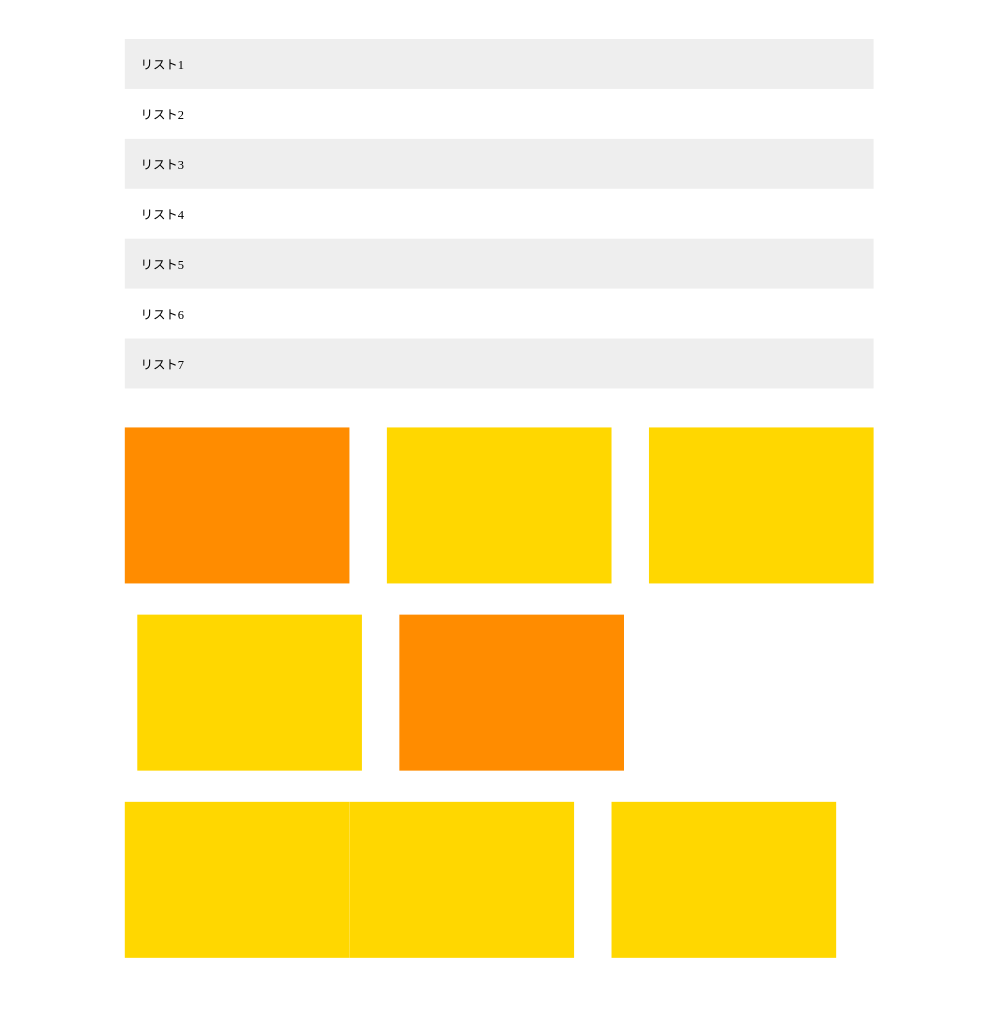
Repository: ayakodesu/html-practice
Page: chapter8_exercise/chapter8.html
The author's editor kept a record of every edit. The page is drawn from the files as they stood at one moment, then again after the next edit.
The browser window is 1280 px wide. The pictures show the whole page, at 78% of full size.

Above is the page before.

### chapter8_exercise/chapter8.html
<!DOCTYPE html>
<html lang="ja">
  <head>
    <meta charset="UTF-8" />
    <title>8章演習</title>
    <link rel="stylesheet" href="chapter8.css" />
  </head>
  <body>
    <main>
      <ul class="item-list">

        <li class="item">リスト1</li>


        <li class="item">リスト2</li>


        <li class="item">リスト3</li>


        <li class="item">リスト4</li>


        <li class="item">リスト5</li>


        <li class="item">リスト6</li>


        <li class="item">リスト7</li>

      </ul>


      <div class="box-list">
        <div class="box"></div>


        <div class="box"></div>


        <div class="box"></div>


        <div class="box"></div>


        <div class="box"></div>


        <div class="box"></div>


        <div class="box"></div>


        <div class="box"></div>

       <div class="box-list">
        <div class="box">


      </div>
    </main>
  </body>
</html>

### chapter8_exercise/chapter8.css
* {
  margin: 0;
  padding: 0;
  box-sizing: border-box;
}

main {
  width: 960px;
  margin: 50px auto;
}

.item-list {
  margin-bottom: 50px;
 list-style: none;

}

.item {
  padding: 20px;
  list-style: none;
}





.item:nth-child(odd) {
    background-color: #eee;
}

.box-list {
  display: flex;
  flex-wrap: wrap;
}

.box {
  background-color: #ffd700;
  width: 30%;
  height: 200px;
  margin-right: 5%;
  margin-bottom: 40px;
}

.box:first-child,
.box:nth-child(5),
.box:last-child {
  background-color: #ff8c00;
}

.box:nth-child(3n) {
  margin-right: 0;
}

.box:nth-last-child(-n + 3) {
  margin-bottom: 0;
}

After the next edit:
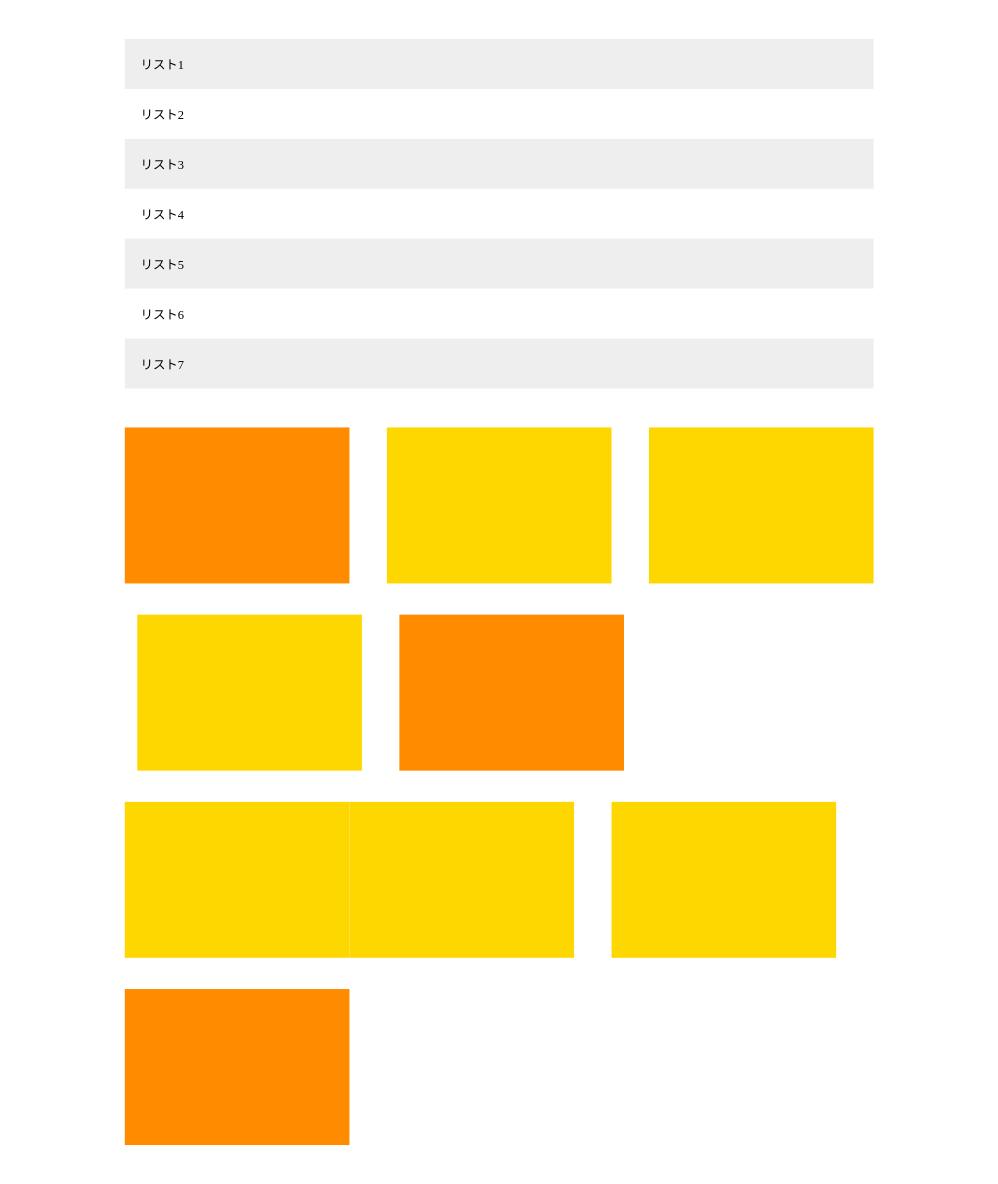
The edit:
--- a/chapter8_exercise/chapter8.html
+++ b/chapter8_exercise/chapter8.html
@@ -56,8 +56,8 @@
 
         <div class="box"></div>
 
-       <div class="box-list">
-        <div class="box">
+
+        <div class="box"></div>
 
 
       </div>
